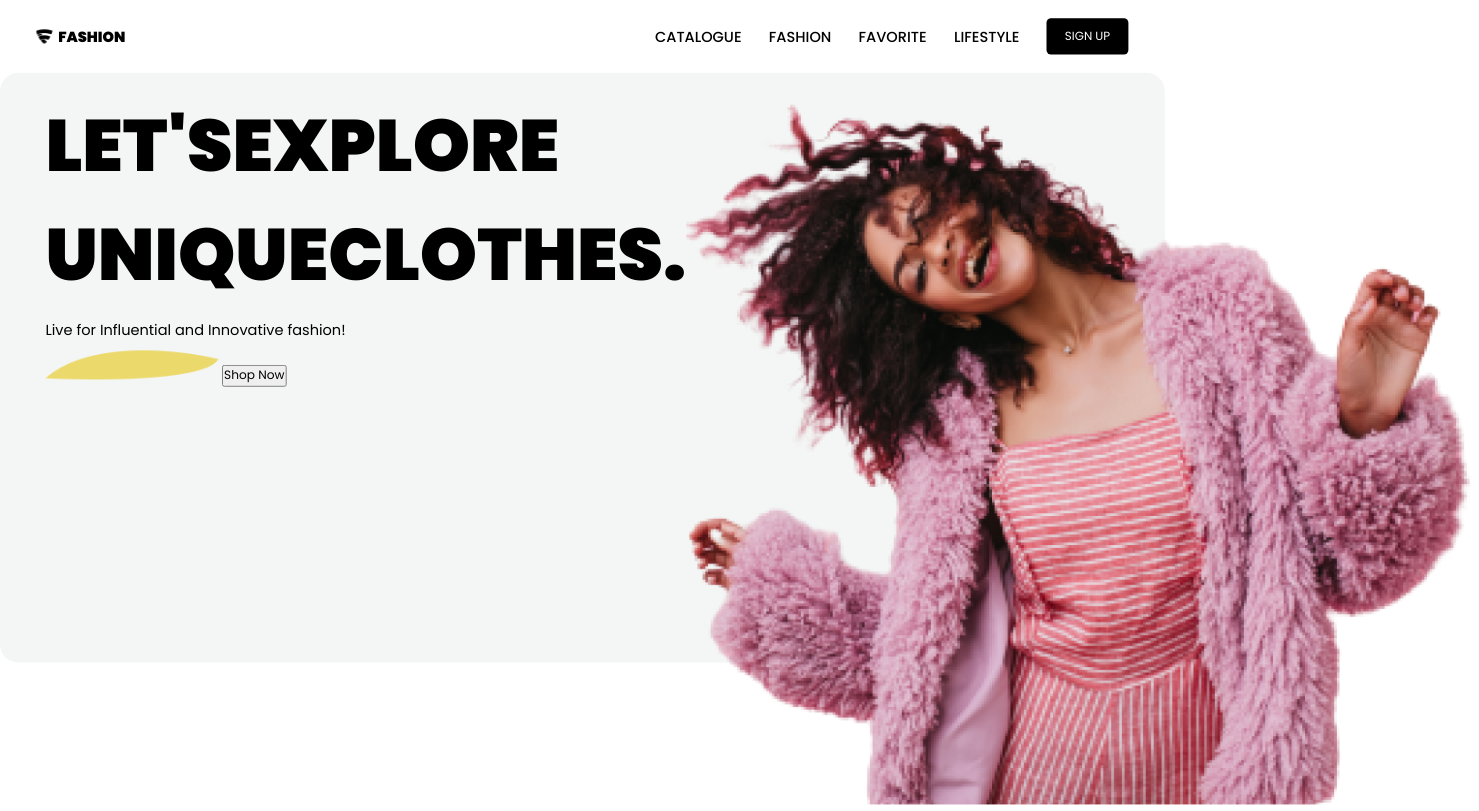
Repository: isaacCodes1/FashionSite
Page: index.html
The author's editor kept a copy of each file at every save. The page is drawn from the files as they stood at one save, then again after a run of saves.
The browser window is 1280 px wide. The page is 1625 px wide, so the pictures cover 1625 px, including what lies to the right of the window. The pictures show the whole page, at 91% of full size.

Above is the page before, as saved 2024-03-11 15:38:12.

### index.html
<!DOCTYPE html>
<html lang="en">
  <head>
    <meta charset="UTF-8" />
    <meta name="viewport" content="width=device-width, initial-scale=1.0" />
    <title>Shopping Site Assignment</title>
    <link rel="stylesheet" href="style.css">
  </head>
  <body>
    <header>
      <nav>
        <div class="image">
          <a href="#"><img src="/Assets/Vector.png" />FASHION</a>
        </div>
        <div class="navItems">
          <ul>
            <li><a href="#">CATALOGUE</a></li>
            <li><a href="#">FASHION</a></li>
            <li><a href="#">FAVORITE</a></li>
            <li><a href="#">LIFESTYLE</a></li>
          </ul>
          <button>SIGN UP</button>
        </div>
      </nav>
    </header>
    <main>
      <section class="firstPageCont">
        <div class="FirstPage">
          <div class="txtCont">
            <h1>
              <span class="spn1">LET'S</span>EXPLORE
              <span class="spn2">UNIQUE</span>CLOTHES.
            </h1>
            <p>Live for Influential and Innovative fashion!</p>
            <div class="txtBtn">
              <img src="/Assets/Vector 9.png" alt="" />
              <button class="btns">Shop Now</button>
            </div>
          </div>
          <div class="imgCont">
            <img src="/Assets/girl.png" alt="" />
          </div>
        </div>
      </section>
    </main>
  </body>
</html>

### style.css
@import url("https://fonts.googleapis.com/css2?family=Poppins:ital,wght@0,100;0,200;0,300;0,400;0,500;0,600;0,700;0,800;0,900;1,100;1,200;1,300;1,400;1,500;1,600;1,700;1,800;1,900&display=swap");
* {
  margin: 0;
  padding: 0;
  box-sizing: border-box;
  font-family: "Poppins", sans-serif;
}
nav {
  display: flex;
  align-items: center;
  justify-content: space-between;
  width: 100%;
  padding: 20px 40px;
}
.image a {
  display: flex;
  align-items: center;
  gap: 6px;
  text-decoration: none;
  color: #000;
  font-size: 16px;
  font-weight: 900;
}
.image a img{
    width: 16%;
}
.navItems{
    display: flex;
    gap: 30px;
    align-items: center;
}
.navItems ul{
    display: flex;
    gap: 30px;
    list-style: none;
}
.navItems ul li a{
    text-decoration: none;
    color: #000;
    font-size: 16px;
    font-weight: 500;
}
.navItems li:hover{
    transform: scale(1.05);
    transition: 1s ease-in-out;
}
.navItems button{
    border: 0;
    background: #000;
    padding: 10px 20px;
    color: #fff;
    border-radius: 5px;
    font-size: 13px;
}
.navItems button:hover{
    transform: scale(1.05);
    transition: 1s ease-in-out;
    color: #000;
    background: rgb(137, 136, 136);
}
/* firstPageCtn */
.FirstPage {
    display: flex;
    flex: 1;
    width: 100%;
    height: 90vh;
    padding: 20px 10px 0px 10px;
    border-radius: 20px;
    background: #f4f6f5;
}
.txtCont {
    display: flex;
    flex: 0.5;
    flex-direction: column;
    gap: 10px;
    padding-left: 40px;
}
.txtCont h1{
    font-size: 80px;
    font-weight: 900;

}

After the next 5 saves:
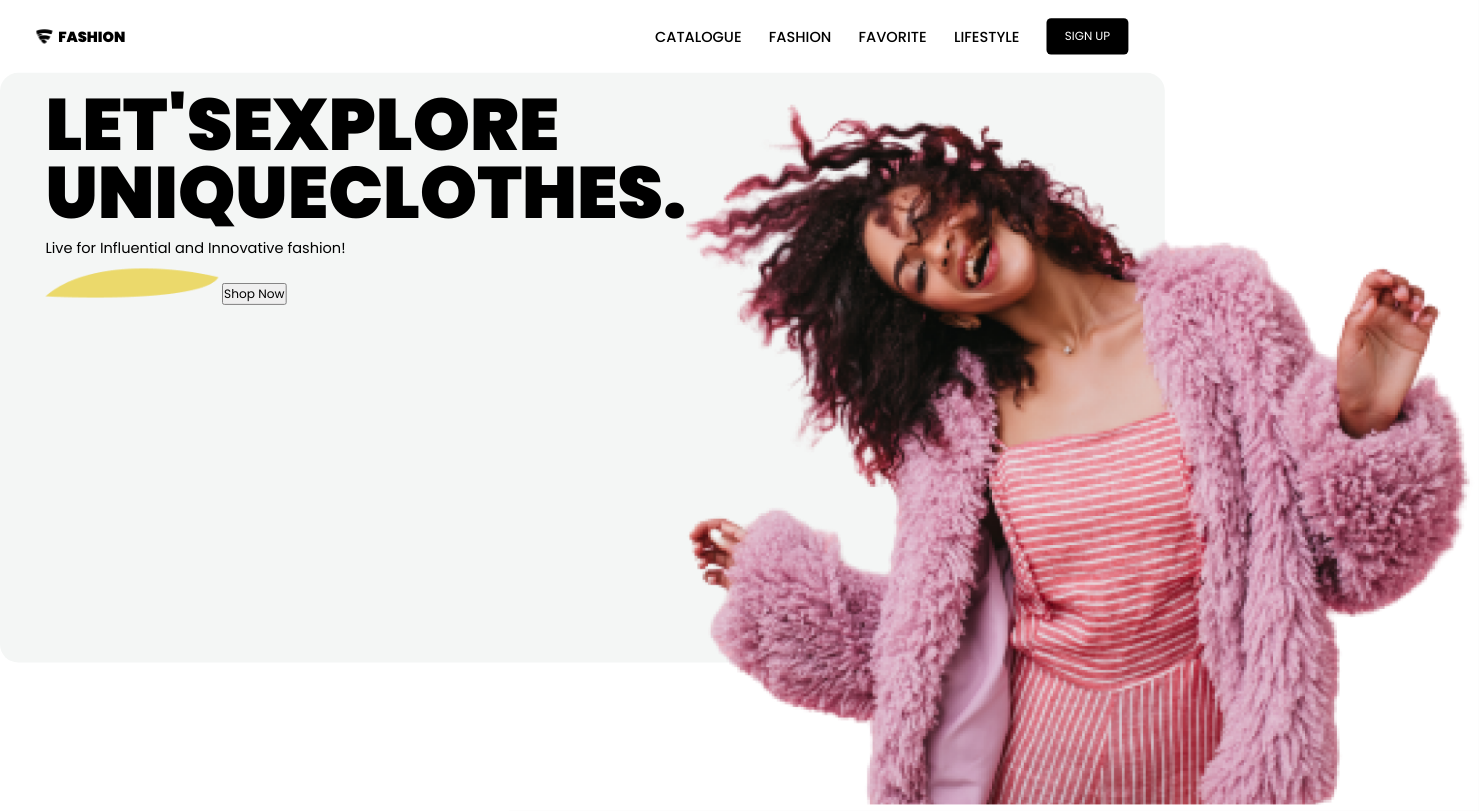
The 5 saves are shown as one change because they came seconds apart.
The last was saved 12 s later.
--- a/style.css
+++ b/style.css
@@ -78,5 +78,6 @@
 .txtCont h1{
     font-size: 80px;
     font-weight: 900;
-
+    width: 50%;
+    line-height: 75px;
 }
